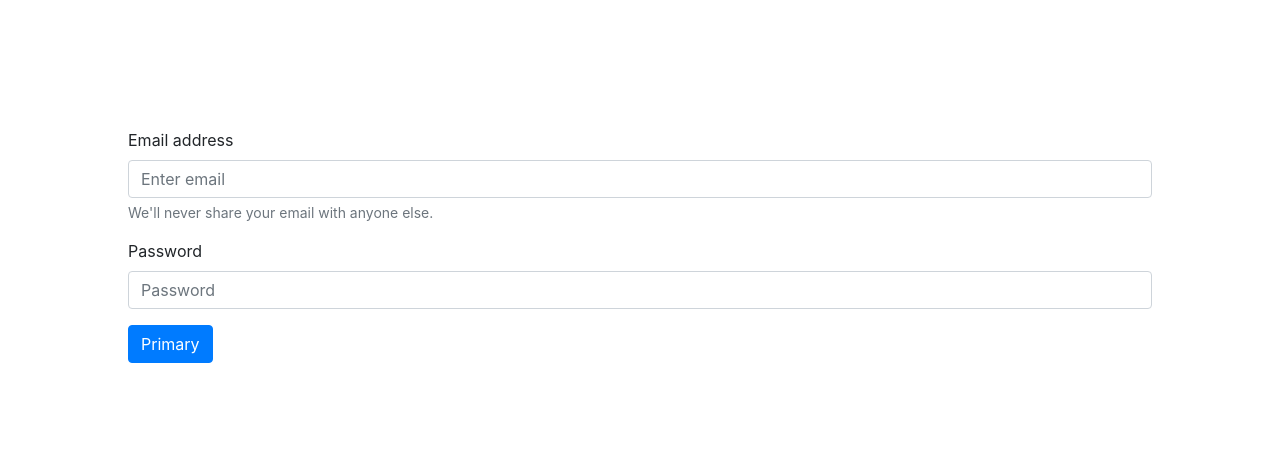
Repository: lalji-yadav/Register-Login-and-CRUD-using-token-and-Without-token-based
Page: /navbar
An editor plug-in stored every save of this project. The page is shown before and after the next save, followed by the edit.
The browser window is 1280 px wide. The pictures show the whole page.
The project was rebuilt for these pictures with package versions that can differ from the ones it lists, and the page was loaded fresh each time. Also part of the build but not shown: src/App.css.

Above is the page before, as saved 2021-02-01 18:28:46.

### src/App.js
import logo from './logo.svg';
import './App.css';
import Login from "./auth/login";

function App() {
  return (
    <div>
       <Login />
    </div>
  );
}

export default App;

### src/auth/login.js
import React from 'react';
import {Form,Button} from 'react-bootstrap';

const Login = () => {
    return (
        <div style={{padding:"10%"}}>
            <Form>
                <Form.Group controlId="formBasicEmail">
                    <Form.Label>Email address</Form.Label>
                    <Form.Control type="email" placeholder="Enter email" />
                    <Form.Text className="text-muted">
                    We'll never share your email with anyone else.
                    </Form.Text>
                </Form.Group>

                <Form.Group controlId="formBasicPassword">
                    <Form.Label>Password</Form.Label>
                    <Form.Control type="password" placeholder="Password" />
                </Form.Group>
                {/* <Form.Group controlId="formBasicCheckbox">
                    <Form.Check type="checkbox" label="Check me out" />
                </Form.Group> */}
                </Form>

            <Button type="button" class="btn btn-primary">Primary</Button>
        </div>
    );
};

export default Login;

Loaded but not shown: public/index.html (common file); src/index.js (common file); src/index.css (common file); src/reportWebVitals.js (common file)

After the next save:
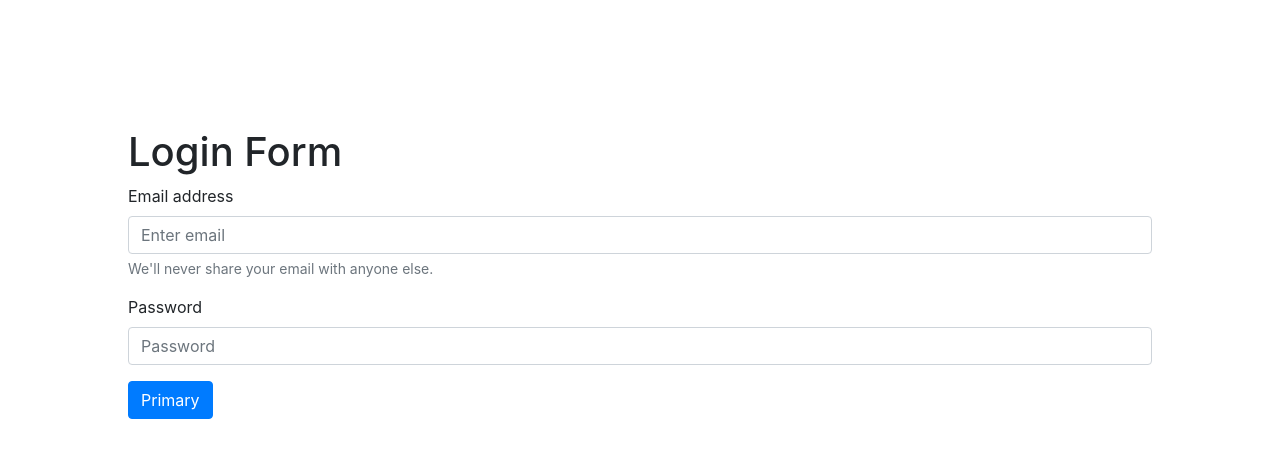
Saved 29 s later.
--- a/src/auth/login.js
+++ b/src/auth/login.js
@@ -4,6 +4,7 @@ import {Form,Button} from 'react-bootstrap';
 const Login = () => {
     return (
         <div style={{padding:"10%"}}>
+            <h1> Login Form </h1>
             <Form>
                 <Form.Group controlId="formBasicEmail">
                     <Form.Label>Email address</Form.Label>
